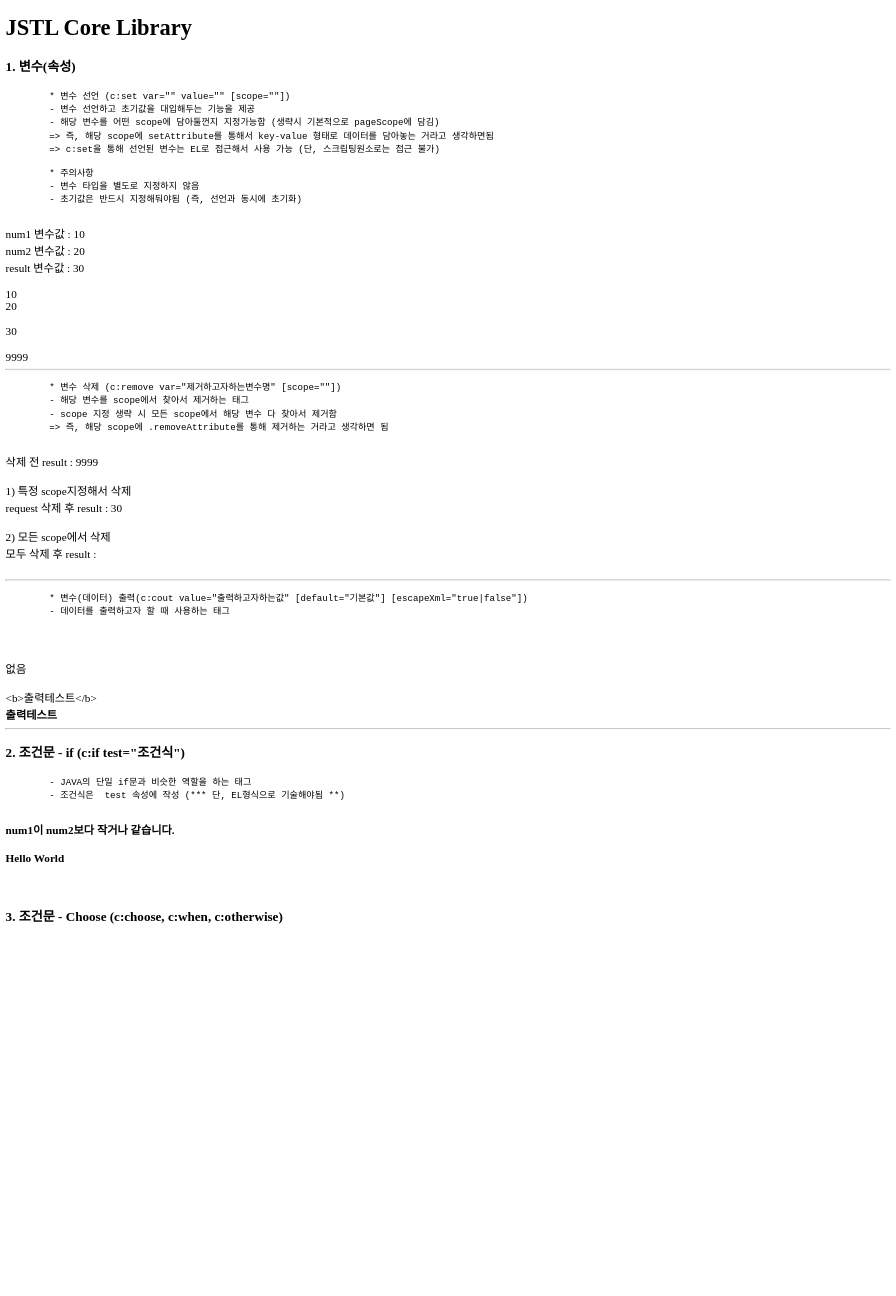
Repository: Young-27/DailyStudy
Page: http://localhost/actionProject/views/3_customAction/01_core.jsp
The author's editor kept a copy of each file at every save. The page is drawn from the files as they stood at one save, then again after a run of saves.
The browser window is 1280 px wide. The pictures show the whole page, at 70% of full size.
The page is served by Tomcat 9.

Above is the page before, as saved 2021-06-17 09:01:52.

After the next 2 saves:
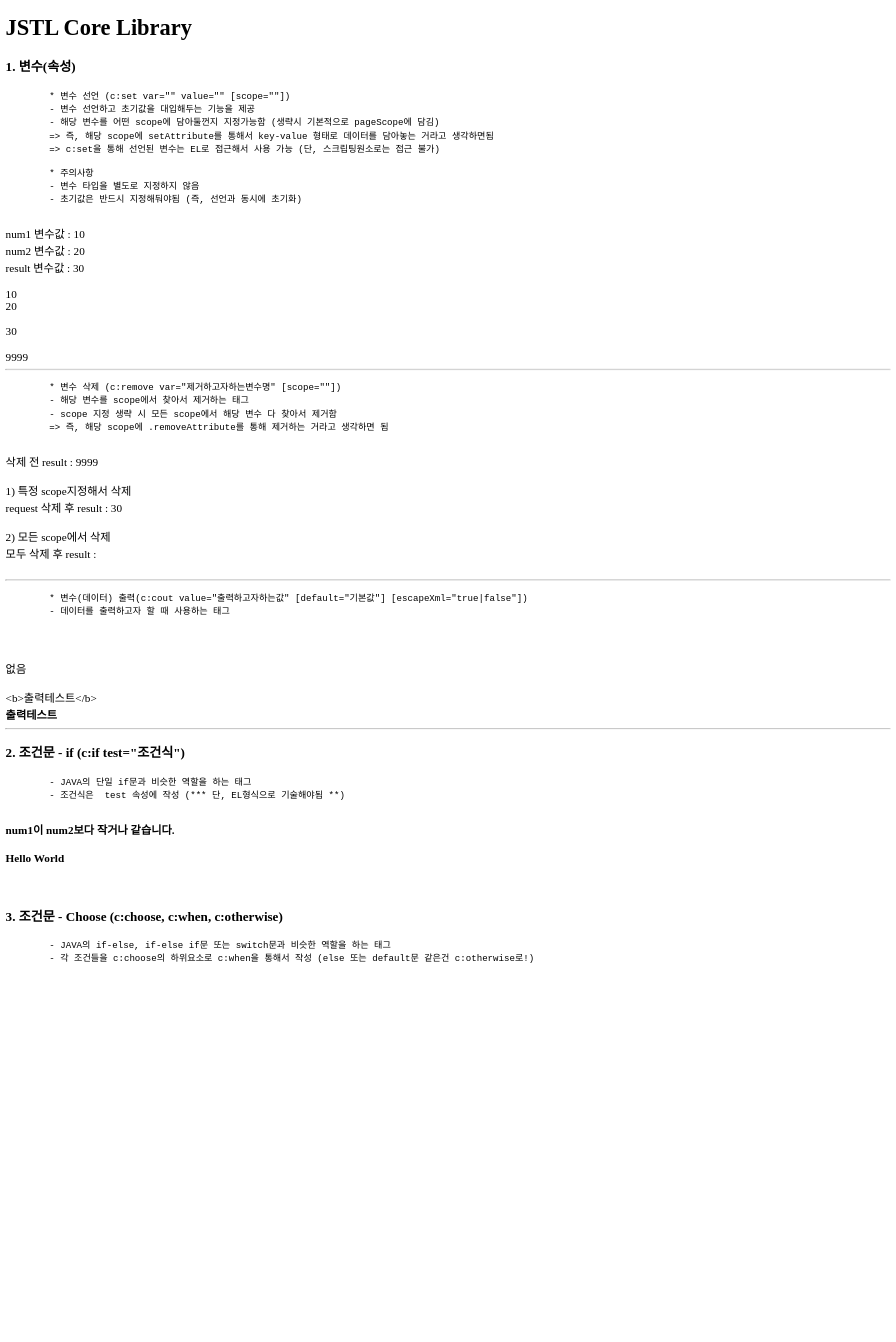
The 2 saves are shown as one change because 1 did not build or start.
The last was saved 7 min 39 s later.
--- a/Server/web-workspace2/actionProject/WebContent/views/3_customAction/01_core.jsp
+++ b/Server/web-workspace2/actionProject/WebContent/views/3_customAction/01_core.jsp
@@ -127,7 +127,26 @@
 	<br>
 
 	<h3>3. 조건문 - Choose (c:choose, c:when, c:otherwise)</h3>
+	<pre>
+	- JAVA의 if-else, if-else if문 또는 switch문과 비슷한 역할을 하는 태그
+	- 각 조건들을 c:choose의 하위요소로 c:when을 통해서 작성 (else 또는 default문 같은건 c:otherwise로!)
+	</pre>
 
+	<%-- 기존방식
+	<% if(num1 == 20) { %>
+
+	<% }else if(num1 == 10){ %>
+
+	<% }else{ %>
+
+	<% } %>
+	--%>
+
+	<c:choose>
+		<c:when test="${ num1 == 20 }">
+
+		</c:when>
+	</c:choose>
 
 
 
